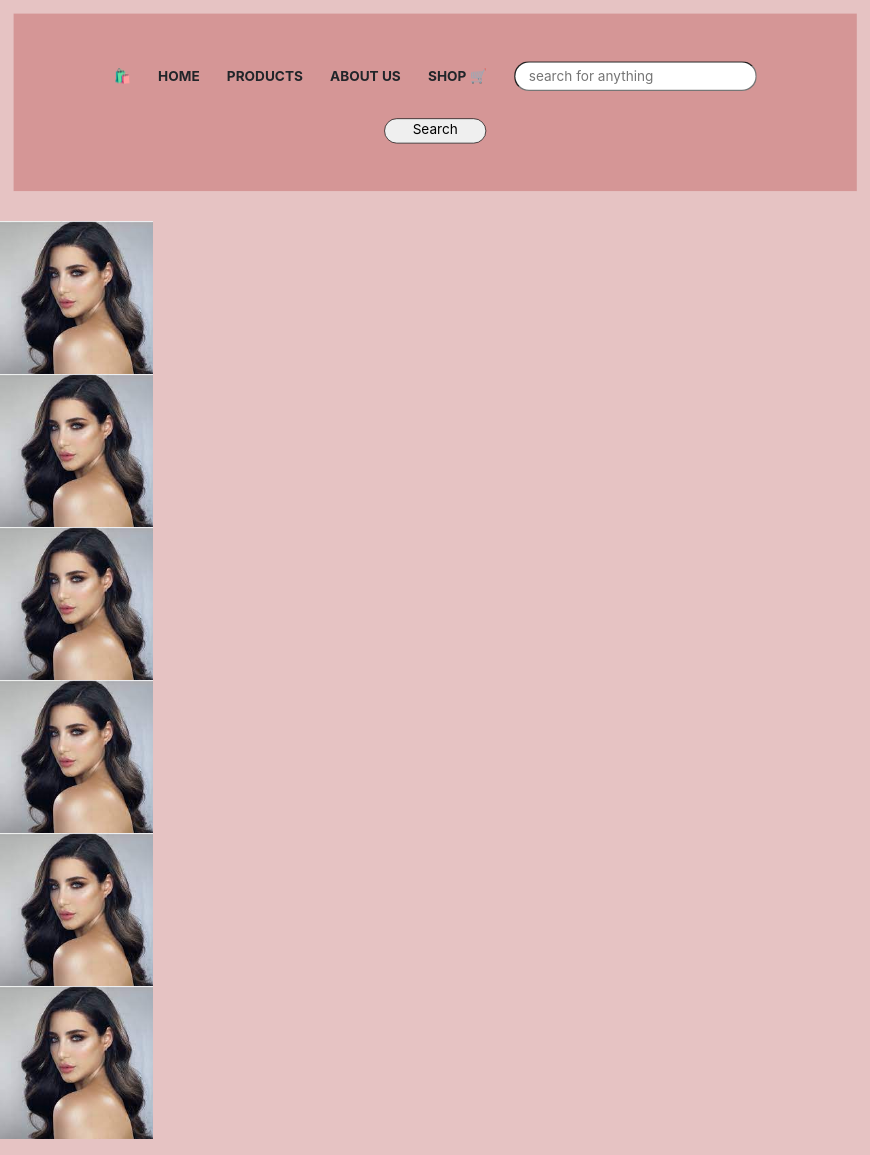
Repository: thf4/Project-Shop
Page: /
The author's editor kept a copy of each file at every save. The page is drawn from the files as they stood at one save, then again after the next save.
The browser window is 1280 px wide. The pictures show the whole page, at 68% of full size.
The project was rebuilt for these pictures with package versions that can differ from the ones it lists, and the page was loaded fresh each time.

Above is the page before, as saved 2021-04-22 15:06:11.

### src/index.js
import React from 'react';
import ReactDOM from 'react-dom';
import 'bootstrap/dist/css/bootstrap.min.css';
import App from './App'
import Exemplo from './Exemplo'

ReactDOM.render(
  <React.StrictMode>
   <App />
   <Exemplo />
  </React.StrictMode>,
  document.getElementById('root')
);

### src/App.js
/* eslint-disable jsx-a11y/anchor-is-valid */
import "./App.css";

function App() {
  return (
    <div className="App">
      <header className="App-header">
        <ul id="Lista">
          <li>🛍</li>
          <li> HOME </li>
          <li> PRODUCTS </li>
          <li> ABOUT US</li>
          <li> SHOP 🛒</li>
          <li>
            <input
              type="text"
              id="area-find"
              placeholder="search for anything"
            />
          </li>
          <li>
            <button id="button" for="input">
              Search
            </button>
          </li>
        </ul>

      </header>
    </div>
  );
}

export default App;

### src/Exemplo.js

import "./Exemplo.css";

function Exemplo() {
  return (
    <section className="list">
      <ul className="list">
        <Foto />
        <Foto />
        <Foto />
        <Foto />
        <Foto />
        <Foto />
   </ul>
    </section>
  );
}


 const Foto = () =>{
  return(
    <article>
     <img src="data:[embedded picture, 8015 characters]"
  alt=""/>
    </article>
  )
};
const mage = () =>{



}

export default Exemplo;

### src/App.css
*{
  margin:0;
  padding:0;
  box-sizing: border-box;
}



.App{
  width: 100%;
  height: auto;
  padding: 20px;
}
body{
  background:#a0171741;
}


#Lista{
  list-style-type: none;
  margin: 0;

  font-weight: bold;
  text-align: center;
  padding: 50px 50px;
}
li{
 display: inline-block;
 font-size: 20px;
 padding: 20px;

}
li:hover{
  color: rgb(209, 9, 59);
}
#button{
  border-radius: 30px;
  border-style: groove;
  border-width: 1px;
  height: 35px;
  width: 150px;
  padding-bottom:35px;
}

#area-find{
  padding:20px;
  border-radius: 50px;
  height: 40px;
  width: 100%;
}
#button:hover{
  border-style: hidden;
}
.App-header{

  background-color: #a0171741;
}

### src/Exemplo.css
.foto-banner{
width:180px;
padding: 10px;
border-radius: 20px;
margin: 20px;
text-align: center;


}
.foto{
  width: 150px;
  border-radius: 120px;
  border-style: hidden  ;

}
.link{
  font-weight: bold;
  color: black;
}
.foto-banner:hover{

border: solid 1px black;


}
.list{
  width: 90vw;
  max-width: 940px;
  margin: 5rem;
  display: inline;
  gap: 2rem;
  list-style-type: none;
}
@media screen and (max-width: 768px) {
.list {
  grid-template-columns: repeat(3,1fr);
}


}

Loaded but not shown: public/index.html (common file)

After the next save:
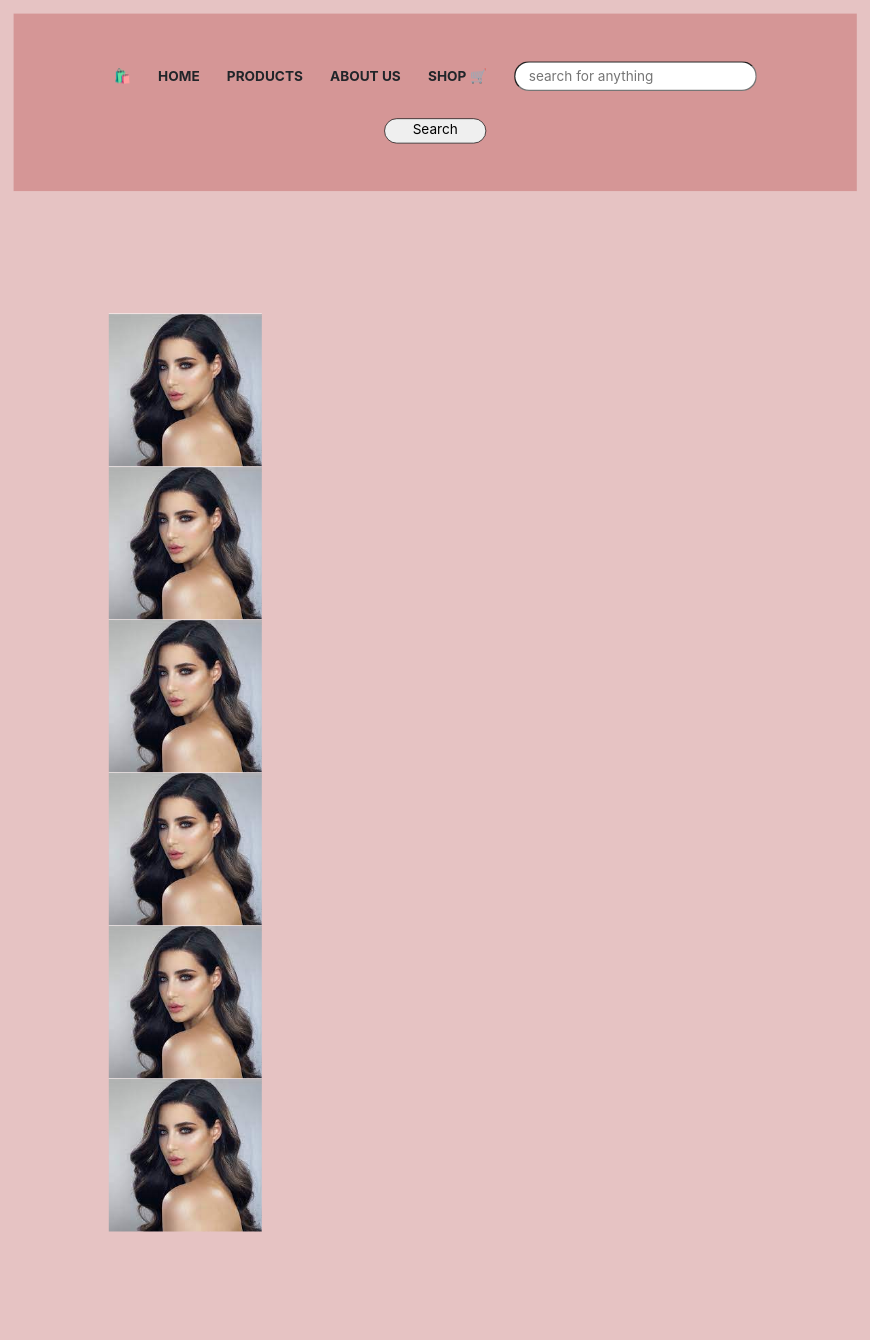
Saved 6 s later.
--- a/src/Exemplo.css
+++ b/src/Exemplo.css
@@ -27,7 +27,7 @@ border: solid 1px black;
   width: 90vw;
   max-width: 940px;
   margin: 5rem;
-  display: inline;
+  display: inline-block;
   gap: 2rem;
   list-style-type: none;
 }
